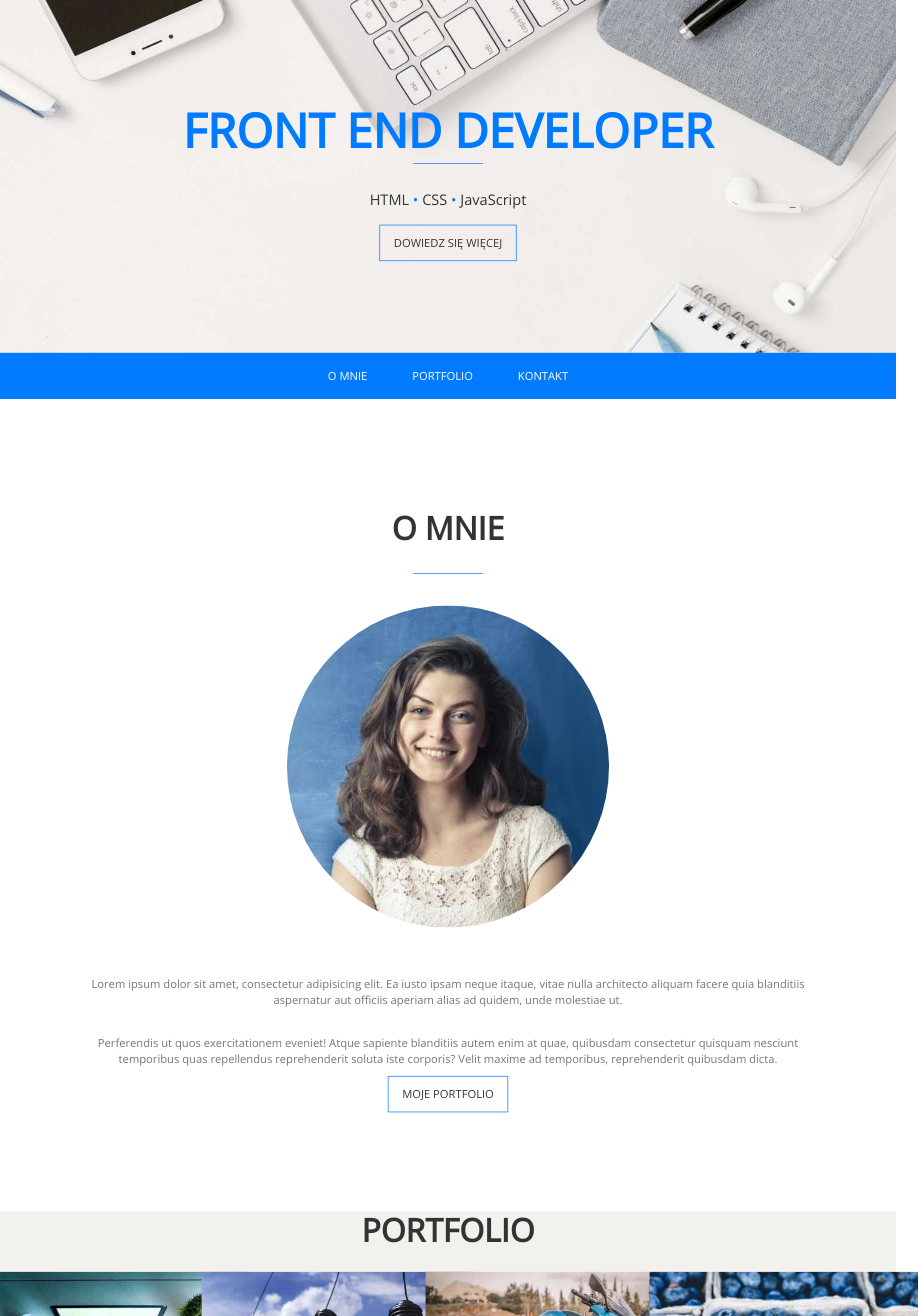
Repository: magdaf41/CSS
Page: zadanie_9/index.html
An editor plug-in stored every save of this project. The page is shown before and after the next save, followed by the edit.
The browser window is 1280 px wide. The page is 1312 px wide, so the pictures cover 1312 px, including what lies to the right of the window. The pictures show the part of the page from y = 0 to 1880 px (the page is 2631 px tall), at 70% of full size.

Above is the page before, as saved 2020-08-26 21:02:57.

### zadanie_9/index.html
<!DOCTYPE html>
<html lang="pl">

<head>
    <meta charset="UTF-8">
    <meta name="viewport" content="width=device-width, initial-scale=1.0">
    <title>Portfolio</title>
    <link rel="stylesheet" href="css/normalize.css">

    <link rel="stylesheet" href="https://cdnjs.cloudflare.com/ajax/libs/font-awesome/4.7.0/css/font-awesome.min.css">

    <link href="https://fonts.googleapis.com/css2?family=Open+Sans:wght@300;400&display=swap" rel="stylesheet">

    <link rel="stylesheet" href="css/style.css">
</head>

<body>

    <header class="main-header">
        <div class="main-header-content">
            <h1>Front end developer</h1>
            <hr>
            <p>HTML <span>&bull;</span> CSS <span>&bull;</span> JavaScript </p>
            <a href="" class="btn">Dowiedz się więcej</a>

        </div>
    </header>

    <nav class="main-menu">
        <ul>
            <li class="menu-item"><a href="#about">O mnie </a> </li>
            <li class="menu-item"><a href="#portfolio">Portfolio</a></li>
            <li class="menu-item"><a href="#contact">Kontakt</a></li>
        </ul>
    </nav>

    <section class="about">
        <header class="section-header">
            <h2>O mnie</h2>
            <hr>
        </header>


        <img src="img/about.jpg" class="photo" alt="moje_zdjęcie">
        <p>Lorem ipsum dolor sit amet, consectetur adipisicing elit. Ea iusto ipsam neque itaque, vitae nulla architecto
            aliquam facere quia blanditiis aspernatur aut officiis aperiam alias ad quidem, unde molestiae ut.</p>
        <p>Perferendis ut quos exercitationem eveniet! Atque sapiente blanditiis autem enim at quae, quibusdam
            consectetur quisquam nesciunt temporibus quas repellendus reprehenderit soluta iste corporis? Velit maxime
            ad temporibus, reprehenderit quibusdam dicta.</p>
        <a href="" class="btn">Moje portfolio</a>


    </section>

    <section class="portfolio">

            <header class="section-header">
                <h2>Portfolio</h2>
                <hr>
            </header>

            <div class="portfolio-wrapper">
            <a href="" class="portfolio-item"">
            <img src=" img/portfolio/photo-1.jpg" alt="photo-1">
                <h3>Projekt</h3>
            </a>
            <a href="" class="portfolio-item"">
            <img src=" img/portfolio/photo-2.jpg" alt="photo-2">
                <h3>Projekt</h3>
            </a>
            <a href="" class="portfolio-item"">
            <img src=" img/portfolio/photo-3.jpg" alt="photo-3">
                <h3>Projekt</h3>
            </a>
            <a href="" class="portfolio-item"">
            <img src=" img/portfolio/photo-4.jpg" alt="photo-4">
                <h3>Projekt</h3>
            </a>
            <a href="" class="portfolio-item"">
            <img src=" img/portfolio/photo-5.jpg" alt="photo-5">
                <h3>Projekt</h3>
            </a>
            <a href="" class="portfolio-item"">
            <img src=" img/portfolio/photo-6.jpg" alt="photo-6">
                <h3>Projekt</h3>
            </a>
            <a href="" class="portfolio-item"">
            <img src=" img/portfolio/photo-7.jpg" alt="photo-7">
                <h3>Projekt</h3>
            </a>
            <a href="" class="portfolio-item"">
            <img src=" img/portfolio/photo-8.jpg" alt="photo-8">
                <h3>Projekt</h3>
            </a>
            <a href="" class="portfolio-item"">
            <img src=" img/portfolio/photo-9.jpg" alt="photo-9">
                <h3>Projekt</h3>
            </a>
            <a href="" class="portfolio-item"">
            <img src=" img/portfolio/photo-10.jpg" alt="photo-10">
                <h3>Projekt</h3>
            </a>
            <a href="" class="portfolio-item"">
            <img src=" img/portfolio/photo-11.jpg" alt="photo-11">
                <h3>Projekt</h3>
            </a>
            <a href="" class="portfolio-item"">
            <img src=" img/portfolio/photo-12.jpg" alt="photo-12">
                <h3>Projekt</h3>
            </a>

        </div>
        </div>
    </section>

    <section id="contact"></section>
    <h2 class="title">Kontakt</h2>
    <hr>
    <form class="form">
        <input type="text" name="name" id="name" placeholder="Imię">
        <input type="email" name="email" id="email" placeholder="Email">
        <textarea name="message" id="message" placeholder="Wiadomość"></textarea>
        <button type="submit" class="button">Wyślij wiadomość</button>
    </form>

    <a href="#" class="fa fa-facebook"></a>
    <a href="#" class="fa fa-twitter"></a>

    <footer>
        <p>Copyright&copy; Magdalena Falkowska-Legieć
        <p></p>
    </footer>

</body>

</html>

### zadanie_9/css/style.css
* {
    box-sizing: border-box;
}

body {
    font-family: 'Open Sans', sans-serif;
}

hr {
    background-color: #007bff;
    width: 100px;
    height: 1px;
    border: none;
    padding: 0%;
}

.btn {
    text-decoration: none;
    text-transform: uppercase;
    color: #333;
    border: 1px solid #007bff;
    padding: 14px 20px;
    cursor: pointer;
    transition: all .3s;
}

.btn:hover {
    color: white;
    background-color: #007bff;
}

.section-header {
    text-transform: uppercase;
    font-size: 1.9em;
    color: #333;
    text-align: center;
}

/* Header style */

.main-header {
    height: 70vh;
    background-image: url(../img/header.jpg);
    background-size: cover;
    background-position: center;
    background-repeat: no-repeat;
    display: flex;
    align-items: center;
    justify-content: center;
}

.main-header .main-header-content {
    text-align: center;
}

.main-header .main-header-content h1 {
    font-size: 4.2em;
    color: #007bff;
    text-transform: uppercase;
    margin: 0;
}

.main-header .main-header-content p {
    color: #333;
    font-size: 1.3em;
    margin: 40px 0;
}

.main-header .main-header-content p span {
    color: #007bff;
}

/* nav */

.main-menu {
    background-color: #007bff;
}

.main-menu ul {
    margin: 0;
    padding: 10px 0;
    text-align: center;
}

.main-menu ul .menu-item {
    display: inline-block;
    margin: 0 10px;
}

.main-menu ul .menu-item a {
    color: white;
    text-decoration: none;
    text-transform: uppercase;
    padding: 14px 20px;
    display: block;
    transition: all .3;
}

.main-menu ul .menu-item a:hover {
    background-color: white;
    color: #007bff;
}

.about {
    background-color: white;
    height: 100hv;
    text-align: center;
    padding: 120px;
}

.about .photo {
    display: block;
    margin-left: auto;
    margin-right: auto;
    width: 50%;
    border-radius: 50%;
    padding: 30px;
}

.about p {
    margin: 40px 0 30px 0;
    line-height: 1.4;
    color: #777;
}

.portfolio {
    background-color: #f2f1ed;
}

.portfolio-wrapper {
    display: flex;
    flex-wrap: wrap;
}

.portfolio-wrapper .portfolio-item {
    flex-basis: 25%;
    height: 200px;
}

.portfolio-wrapper .portfolio-item img {
    width: 100%;
    height: 100%;
    object-fit: cover;
}

.portfolio-wrapper .portfolio-item img {
	transform: scale(1.2);
}

/* #portfolio .img {
    border: 5px solid red;
	width: 25%;
	height: 230px;
	position: relative;
	overflow: hidden;

}
#portfolio .img .portfolio-item{
    width: 100%;
	height: 100%;
	object-fit: cover;
	transition: all .3s;
} */

*/

Loaded but not shown: zadanie_9/css/normalize.css (library)

After the next save:
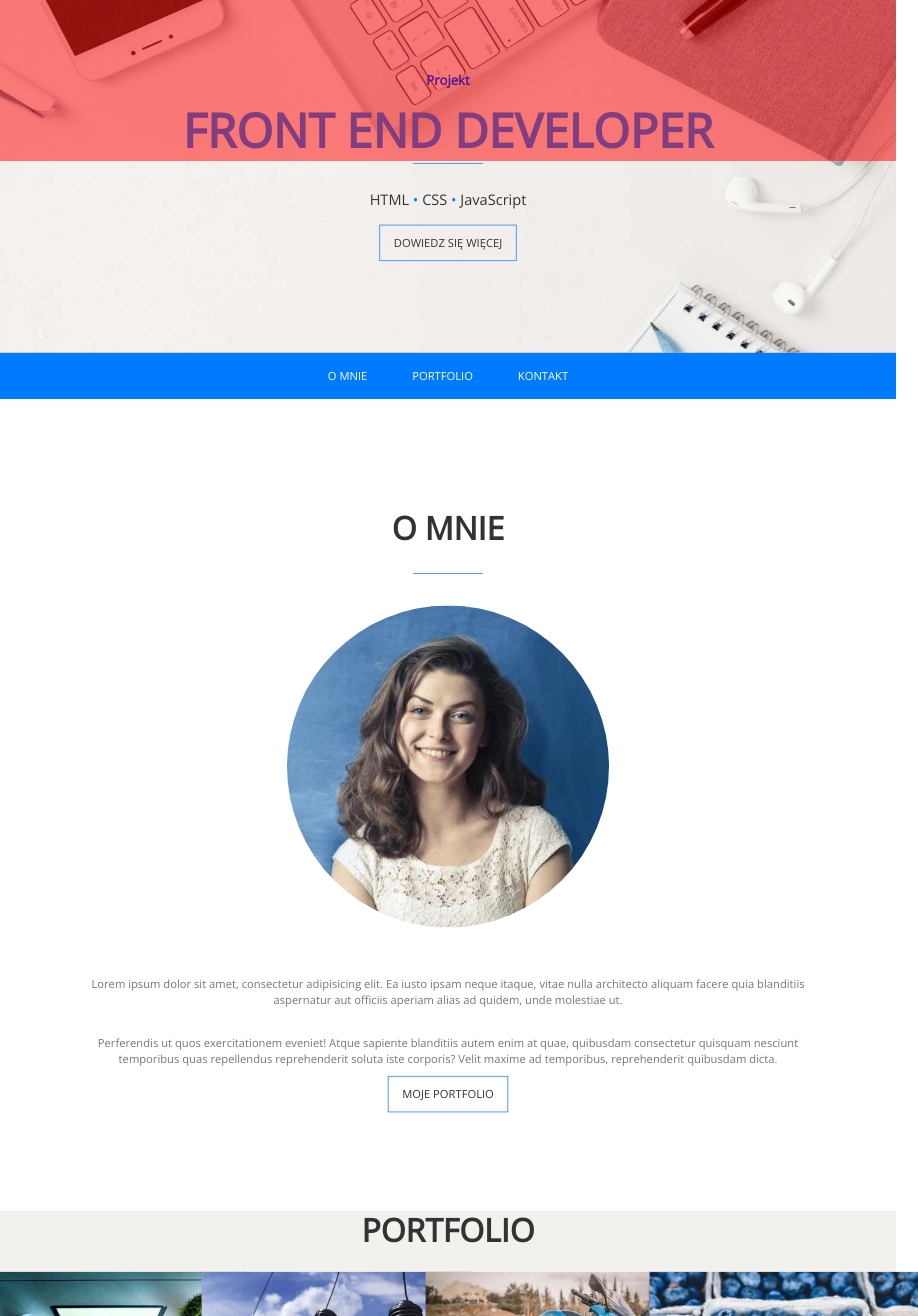
Saved 39 s later.
--- a/zadanie_9/css/style.css
+++ b/zadanie_9/css/style.css
@@ -147,6 +147,24 @@ hr {
 	transform: scale(1.2);
 }
 
+
+.portfolio-wrapper .portfolio-item h3 {
+	position: absolute;
+	top: 0;
+	left: 0;
+	background-color: rgba(255, 0, 0, 0.5);
+	margin: 0;
+	width: 100%;
+	text-align: center;
+	line-height: 230px;
+	opacity: 0;
+	transition: all .3s;
+}
+
+.portfolio-wrapper .portfolio-item h3:hover {
+	opacity: 1;
+}
+
 /* #portfolio .img {
     border: 5px solid red;
 	width: 25%;

After the save that followed:
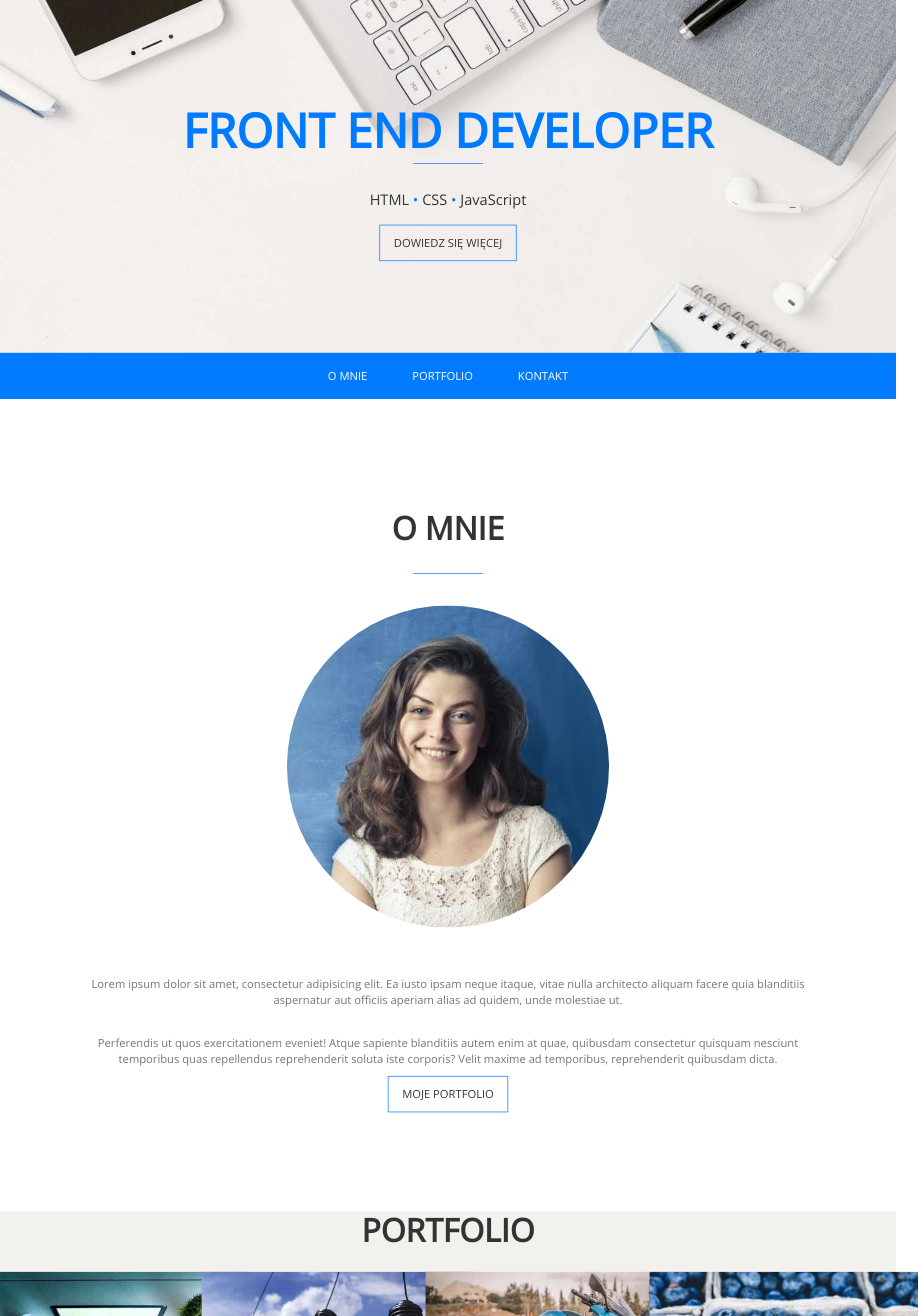
Saved 81 s later.
--- a/zadanie_9/css/style.css
+++ b/zadanie_9/css/style.css
@@ -135,6 +135,7 @@ hr {
 .portfolio-wrapper .portfolio-item {
     flex-basis: 25%;
     height: 200px;
+    position: relative;
 }
 
 .portfolio-wrapper .portfolio-item img {
